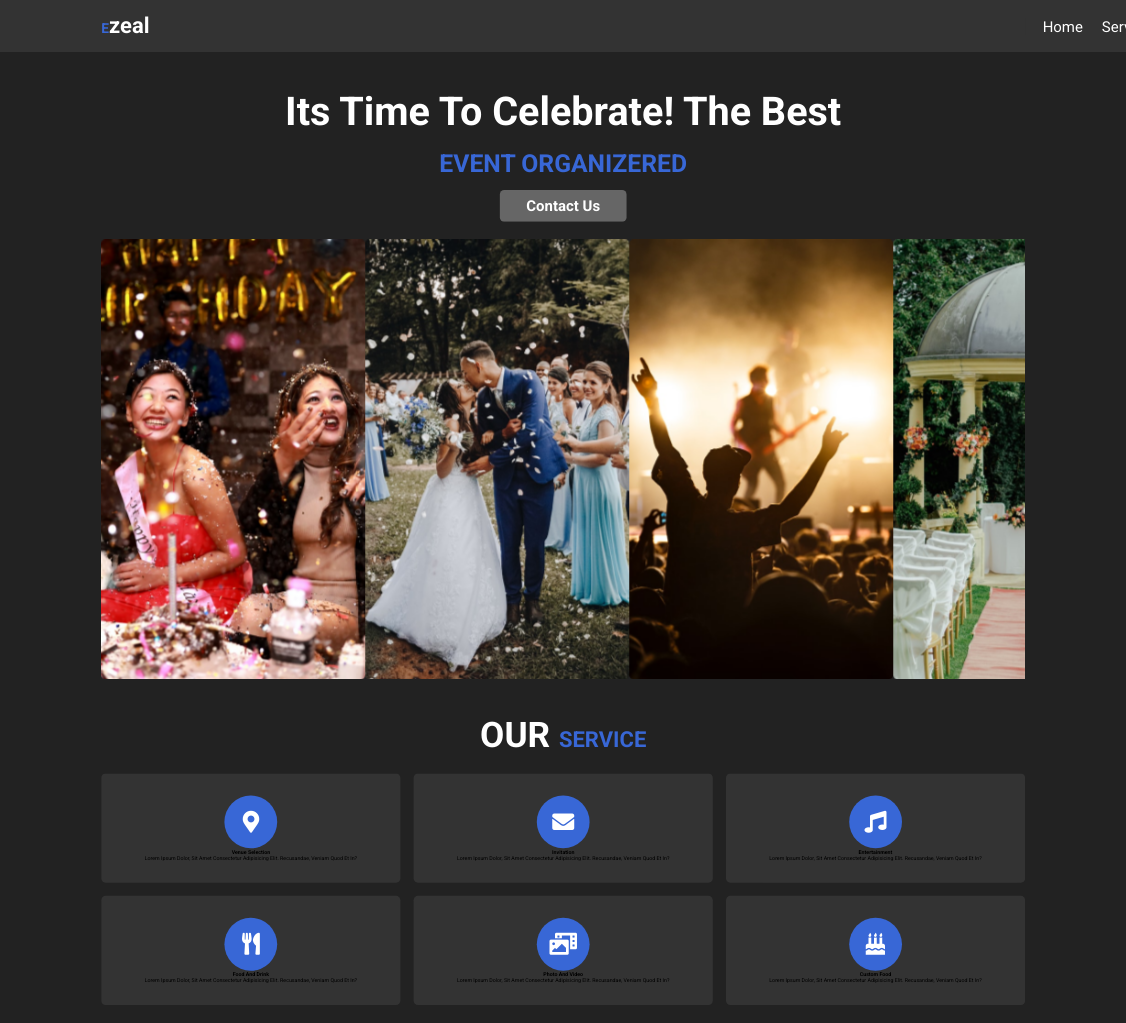
Repository: Jayce1607/First-clone
Page: html/index.html
An editor plug-in stored every save of this project. The page is shown before and after the next save, followed by the edit.
The browser window is 1280 px wide. The pictures show the whole page, at 88% of full size.

Above is the page before, as saved 2021-08-26 19:10:33.
Console error: ReferenceError: Swiper is not defined

### html/index.html
<!DOCTYPE html>
<html lang="en">
<head>
  <meta charset="UTF-8">
  <meta http-equiv="X-UA-Compatible" content="IE=edge">
  <meta name="viewport" content="width=device-width, initial-scale=1.0">
  <title>Event Organizer Website Design Using HTML - CSS - Javascript </title>
  <link rel="stylesheet" href="../css/reset.css">
  <link rel="stylesheet" href="../css/app.css">
  <link
  rel="stylesheet"
  href="https://unpkg.com/swiper@7/swiper-bundle.min.css"
/>
  <link rel="stylesheet" href="https://cdnjs.cloudflare.com/ajax/libs/font-awesome/5.15.4/css/all.min.css">
  <link rel="preconnect" href="https://fonts.googleapis.com">
<link rel="preconnect" href="https://fonts.gstatic.com" crossorigin>
<link href="https://fonts.googleapis.com/css2?family=Roboto:ital,wght@0,100;0,300;0,400;0,500;0,700;0,900;1,900&display=swap" rel="stylesheet">

</head>
<body>
  <!-- header start -->
  <header class="header">
    <a href="#" class="logo"><span>E</span>zeal</a>
    <nav class="navbar">
      <a href="#home">Home</a>
      <a href="#service">Service</a>
      <a href="#about">about</a>
      <a href="#galery">galery</a>
      <a href="#price">price</a>
      <a href="#contact">Contact</a>
    </nav>
    <div id="menu-bars" class="fa fa-bars"></div>
  </header>

  <!-- header end  -->
  <!-- home section start -->
  <section class="home" id="home">
    <div class="content">
      <h3>its time to celebrate! the best <span>event organizered</span></h3>
      <a href="#" class="btn">Contact Us</a>
    </div>
    <div class="swiper mySwiper home-slider ">
      <div class="swiper-wrapper wrapper">
        <div class="swiper-slide">
          <img src="../images/slide-1.jpg" alt="">
        </div>
        <div class="swiper-slide">
          <img src="../images/slide-2.jpg" alt="">
        </div>
        <div class="swiper-slide">
          <img src="../images/slide-3.jpg" alt="">
        </div>
        <div class="swiper-slide">
          <img src="../images/slide-4.jpg" alt="">
        </div>
        <div class="swiper-slide">
          <img src="../images/slide-5.jpg" alt="">
        </div>
      </div>
    </div>
  </section>
  <!-- home section end -->
<!-- service section start -->
  <section class="service" id="service">
    <h1 class="heading">Our <span>Service</span></h1>
    <div class="box-container">
      <div class="box">
        <i class="fas fa-map-marker-alt"></i>
        <h3>Venue selection </h3>
        <p>Lorem ipsum dolor, sit amet consectetur adipisicing elit. Recusandae, veniam quod et in?</p>
      </div>
      <div class="box">
        <i class="fas fa-envelope"></i>
        <h3>Invitation </h3>
        <p>Lorem ipsum dolor, sit amet consectetur adipisicing elit. Recusandae, veniam quod et in?</p>
      </div>
      <div class="box">
        <i class="fas fa-music"></i>
        <h3>Entertainment </h3>
        <p>Lorem ipsum dolor, sit amet consectetur adipisicing elit. Recusandae, veniam quod et in?</p>
      </div>
      <div class="box">
        <i class="fas fa-utensils"></i>
        <h3>Food and Drink</h3>
        <p>Lorem ipsum dolor, sit amet consectetur adipisicing elit. Recusandae, veniam quod et in?</p>
      </div>
      <div class="box">
        <i class="fas fa-photo-video"></i>
        <h3>Photo and Video</h3>
        <p>Lorem ipsum dolor, sit amet consectetur adipisicing elit. Recusandae, veniam quod et in?</p>
      </div>
      <div class="box">
        <i class="fas fa-birthday-cake"></i>
        <h3>Custom Food</h3>
        <p>Lorem ipsum dolor, sit amet consectetur adipisicing elit. Recusandae, veniam quod et in?</p>
      </div>
    </div>
  </section>
<!-- service section end -->

  <script src="../javascript/starter.js"></script>
  <script src="https://unpkg.com/swiper@7/swiper-bundle.min.js"></script>
</body>
</html>

### css/reset.css
:root{
  --main-color:#3867d6;

}
*{
  margin: 0;
  padding: 0;
  border: 0;
  font-size: 100%;
  text-decoration: none;
  text-transform: capitalize;
  transition: .2s linear;
  font-family: 'Roboto', sans-serif;

 }
html, body, div, span, applet, object, iframe,h1, h2, h3, h4, h5, h6, p{
  margin: 0;
  padding: 0;
  border: 0;
  font-size: 62.5%;
  font-family: 'Roboto', sans-serif;
  overflow-x: hidden;
  scroll-padding-top: 7rem;
  scroll-behavior: smooth;
}
html::-webkit-scrollbar{
  width: 1rem;
}
html::-webkit-scrollbar-track{
background: #444;
}
html::-webkit-scrollbar-thumb{
  background: var(--main-color);
  border-radius: 5rem;
}
body{
  background-color: #222;
}
ol, ul {
  list-style: none;
}
img{
  object-fit: cover;
  max-width: 100%;
  width: 100%;
}
section{
  padding: 2rem 9%;
}
.heading{
  text-align: center;
  padding-bottom: 2rem;
  color: #fff;
  text-transform: uppercase;
  font-size: 4rem;
}
.heading span{
  color: var(--main-color);
  text-transform: uppercase;
}

### css/app.css
.header {
  position: fixed;
  top: 0;
  left: 0;
  right: 0;
  z-index: 1000;
  background-color: #333;
  display: flex;justify-content: space-between;
  align-items: center;
  padding: 1.5rem 9%;
}
.header .logo{
  font-weight: bolder;
  font-size: 2.5rem;
  color: #fff;
}
.header .logo span{
  color:var(--main-color);
}
.header .navbar a{
  font-size: 1.7rem;
  color: #fff;
 margin-left: 2rem;
}
.header .navbar a:hover{
  color: var(--main-color);
}
#menu-bars{
  font-size: 3rem;
  color: #fff;
  cursor: pointer;
  display: none;
}
.btn{
  margin-top: 1rem;
  display: inline-block;
  padding: 0.8rem 3rem;
  font-size: 1.7rem;
  border-radius: .5rem;
  border: 0;
  background: #666;
  color: #fff;
  cursor: pointer;
  font-weight: 600;
}
.btn:hover{
  background-color: var(--main-color);
}
/* home section */
.home{
 /* margin-top: 6rem; */

}
.home .content {
  text-align: center;
  padding-top: 6rem;
  margin: 2rem auto;
  max-width: 70rem;
}
.home .content h3{
  font-size: 4.5rem;
  text-align: center;
  color: #fff;
}
.home .content h3 span{
  color: var(--main-color);
  text-transform: uppercase;
}
.home .home-slider .swiper-slide{
  overflow: hidden;
  border-radius: .5rem;
  height: 50rem;
  width: 30rem;
}
.home .home-slider .swiper-slide img{
  width: 100%;
  height: 100%;
  object-fit: cover;
}
/* services */
.service .box-container{
  display: grid;
  grid-template-columns: repeat(auto-fit,minmax(27rem,1fr));
  grid-gap: 1.5rem;
}
.service .box-container .box{
  border-radius: .5rem;
  background-color: #333;
  text-align: center;
  padding: 2.5rem;
}
.service .box-container .box i{
  height: 6rem;
  width: 6rem;
  line-height: 6rem;
  border-radius: 50%;
  font-size: 2.5rem;
  color: #fff;
  background: var(--main-color);
}
.service .box-container .box h3{

}




























/* media queries */
@media (max-width:991px){
  html{
    font-size: 55%;
  }
  .header{
    padding: 1.5rem 2rem;
  }
  section{
    padding: 2rem;
  }

}
@media (max-width:767px){
  .header #menu-bars{
    display: initial;
  }
  .header .navbar{
    position: absolute;
    top: 100%;
    right: 0;
    bottom: 0;
    left: 0;
    border-top: .1px solid #222;
    background-color: #333;
    transform: translateX(100%);
    opacity: 0;
    transition: opacity .5s linear;
  }
  .header .navbar.active{
    transform: translateX(0);
    opacity: 1;
  }
  .fa-times{
    transform: rotate(180deg);
  }
  .header .navbar a{
    display: flex;

    padding: 1.3rem;
    border-radius: .5rem;
    margin: 1.3rem;
    font-size: 1.5rem;
    background:#444;

  }
  .home .content h3{
    font-size: 4rem;
  }
}
@media (max-width:450px){
  html{
    font-size: 50%;
  }
  .home .home-slider .swiper-slide{
    width: 27rem;
  }


}

### javascript/starter.js
const menu=document.querySelector("#menu-bars");
let navbar=document.querySelector(".navbar");
// menu.addEventListener("click",function(e){
//   navbar.style. clipPath="";
// })
menu.addEventListener("click",function(e){
  e.target.classList.toggle("fa-times");
  navbar.classList.toggle("active")
})

window.onscroll=()=>{
  menu.classList.remove("fa-times")
  navbar.classList.remove("active")

}


// slider
var swiper = new Swiper(".home-slider", {
  effect: "coverflow",
  grabCursor: true,
  centeredSlides: true,
  slidesPerView: "auto",
  coverflowEffect: {
    rotate: 0,
    stretch: 0,
    depth: 100,
    modifier: 2,
    slideShadows: true,
  },
  loop:true,
  autoplay:{
    delay:3000,
    disableOnInteraction:false,
  }
});
// end Slider

After the next save:
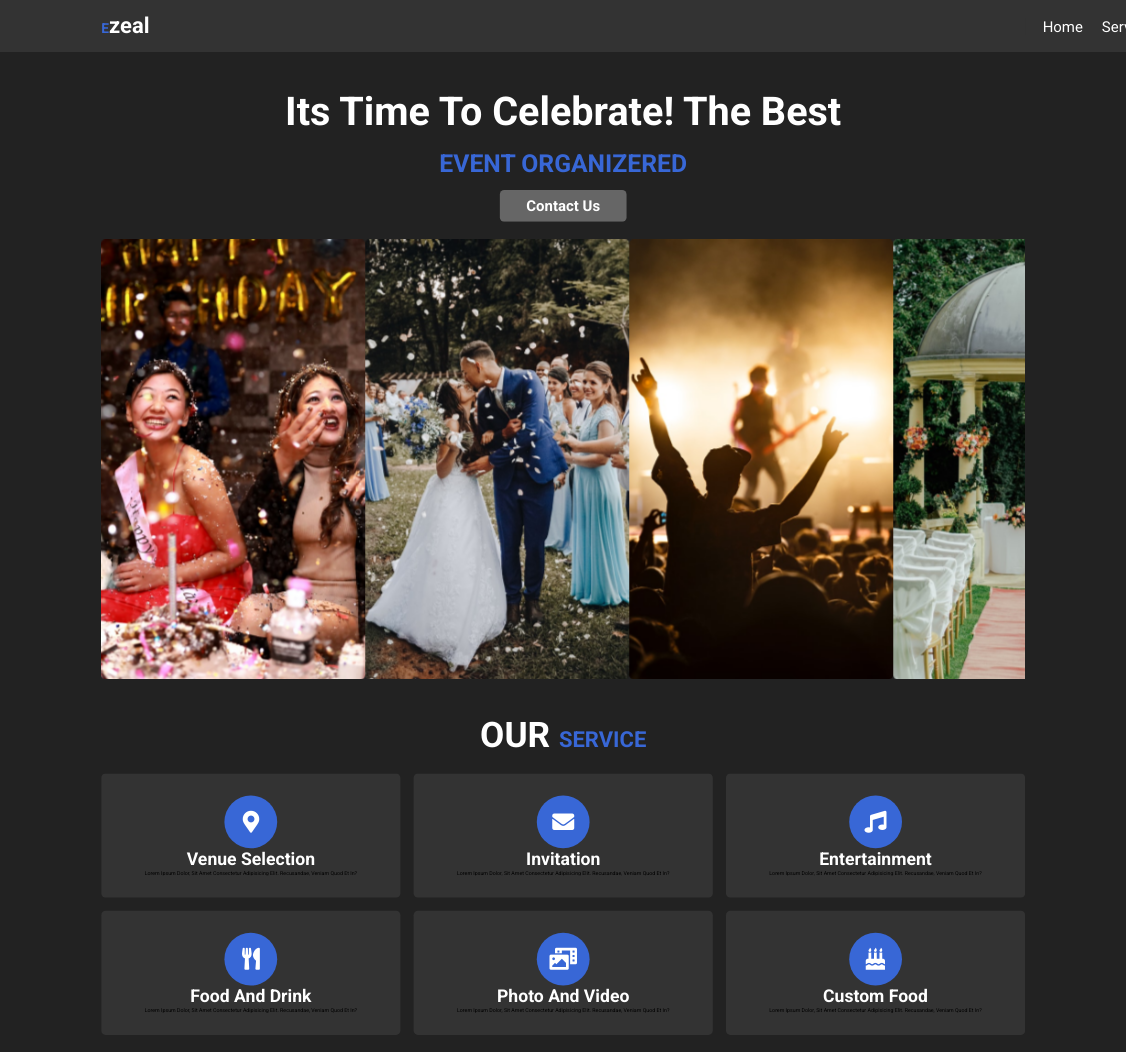
Saved 8 s later.
--- a/css/app.css
+++ b/css/app.css
@@ -99,7 +99,8 @@
   background: var(--main-color);
 }
 .service .box-container .box h3{
-
+  font-size: 2rem;
+  color: #fff;
 }
 
 
